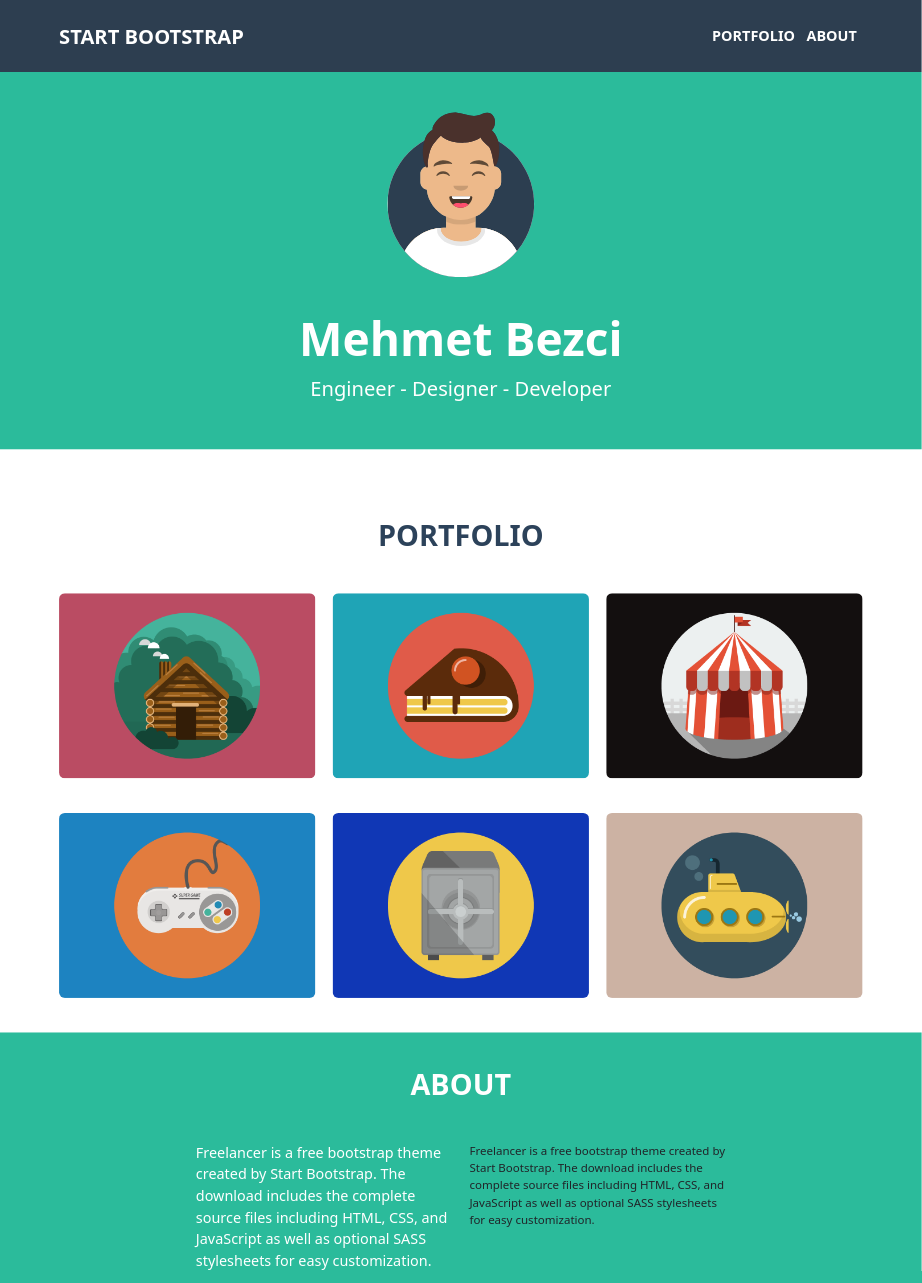
Repository: 7JaxeN7/WT-1255P-Mehmet_BEZC-
Page: index.html
An editor plug-in stored every save of this project. The page is shown before and after the next save, followed by the edit.
The browser window is 1280 px wide. The pictures show the whole page, at 72% of full size.

Above is the page before, as saved 2025-01-06 22:00:57.

### index.html
<!DOCTYPE html>
<html lang="tr">

<head>
  <meta charset="UTF-8">
  <meta name="viewport" content="width=device-width, initial-scale=1.0">
  <link rel="stylesheet" href="style.css">
  <link href="https://cdn.jsdelivr.net/npm/bootstrap@5.3.3/dist/css/bootstrap.min.css" rel="stylesheet"
    integrity="sha384-QWTKZyjpPEjISv5WaRU9OFeRpok6YctnYmDr5pNlyT2bRjXh0JMhjY6hW+ALEwIH" crossorigin="anonymous">
  <title>Start Bootstrap</title>
</head>

<body>
  <!-- Navbar -->
  <header>
    <nav class="navbar navbar-expand-lg navbar-bg">
      <div class="container pt-3 pb-3">
        <a class="navbar-brand text-white fw-bolder fs-3" href="#">START BOOTSTRAP</a>
        <button class="navbar-toggler" type="button" data-bs-toggle="collapse" data-bs-target="#navbarNav"
          aria-controls="navbarNav" aria-expanded="false" aria-label="Toggle navigation">
          <span class="navbar-toggler-icon"></span>
        </button>
        <div class="collapse navbar-collapse" id="navbarNav">
          <ul class="navbar-nav ms-auto">
            <li class="nav-item">
              <a class="nav-link text-white fw-bolder fs-5" href="#">PORTFOLIO</a>
            </li>
            <li class="nav-item">
              <a class="nav-link text-white fw-bolder fs-5" href="#">ABOUT</a>
            </li>
          </ul>
        </div>
      </div>
    </nav>
  </header>
  <!-- Herosection -->
  <div class="herosection-bg pt-5 pb-5">
    <div class="container text-center">
      <img src="/assets/img/avataaars.svg" width="20%" />
      <h1 class="mt-5 text-white fw-bolder display-3">Mehmet Bezci</h1>
      <p class="text-white fs-3">Engineer - Designer - Developer</p>
    </div>
  </div>
  <!-- Portfolio -->
  <div class="portfolio-section">
    <h2 class="text-center mt-5 pt-5 pb-5 fs-1 fw-semibold portfolio-tittle">PORTFOLIO</h2>
    <div class="container">
      <div class="row">
        <div class="col-12 col-md-6 col-lg-4 mb-5">
          <img src="/assets/img/cabin.png" class="img-fluid rounded-3">
        </div>
        <div class="col-12 col-md-6 col-lg-4 mb-5">
          <img src="/assets/img/cake.png" class="img-fluid rounded-3">
        </div>
        <div class="col-12 col-md-6 col-lg-4 mb-5">
          <img src="/assets/img/circus.png" class="img-fluid rounded-3">
        </div>
        <div class="col-12 col-md-6 col-lg-4 mb-5">
          <img src="/assets/img/game.png" class="img-fluid rounded-3">
        </div>
        <div class="col-12 col-md-6 col-lg-4 mb-5">
          <img src="/assets/img/safe.png" class="img-fluid rounded-3">
        </div>
        <div class="col-12 col-md-6 col-lg-4 mb-5">
          <img src="/assets/img/submarine.png" class="img-fluid rounded-3">
        </div>
      </div>
    </div>
  </div>
  <!-- About -->
  <div class="about-section">
    <div class="container">
      <h2 class="about-tittle fs-1 fw-semibold text-center pt-5 pb-5"> ABOUT</h2>
      <div class="row justify-content-center">
        <div class="col-lg-4 fs-5 text-white">
          <p>
            Freelancer is a free bootstrap theme created by Start Bootstrap. The download includes the complete source
            files including HTML, CSS, and JavaScript as well as optional SASS stylesheets for easy customization.
          </p>
        </div>
        <div class="col-lg-4">
          <p>
            Freelancer is a free bootstrap theme created by Start Bootstrap. The download includes the complete source
            files including HTML, CSS, and JavaScript as well as optional SASS stylesheets for easy customization.
          </p>
        </div>
      </div>
    </div>
  </div>
  <!-- Burası bootstrap script kısmı -->
  <script src="https://cdn.jsdelivr.net/npm/bootstrap@5.3.3/dist/js/bootstrap.bundle.min.js"
    integrity="sha384-YvpcrYf0tY3lHB60NNkmXc5s9fDVZLESaAA55NDzOxhy9GkcIdslK1eN7N6jIeHz"
    crossorigin="anonymous"></script>
</body>

</html>

### style.css
.navbar-bg {
  background-color: #2d3e50 !important;
}
.herosection-bg{
    background-color: #2bbb9b ;
}
.portfolio-tittle{
    color: #2c425a;
}
.about-section{
    background-color: #2bbb9b ;
}
.about-tittle{
    color: #ffffff;
}

After the next save:
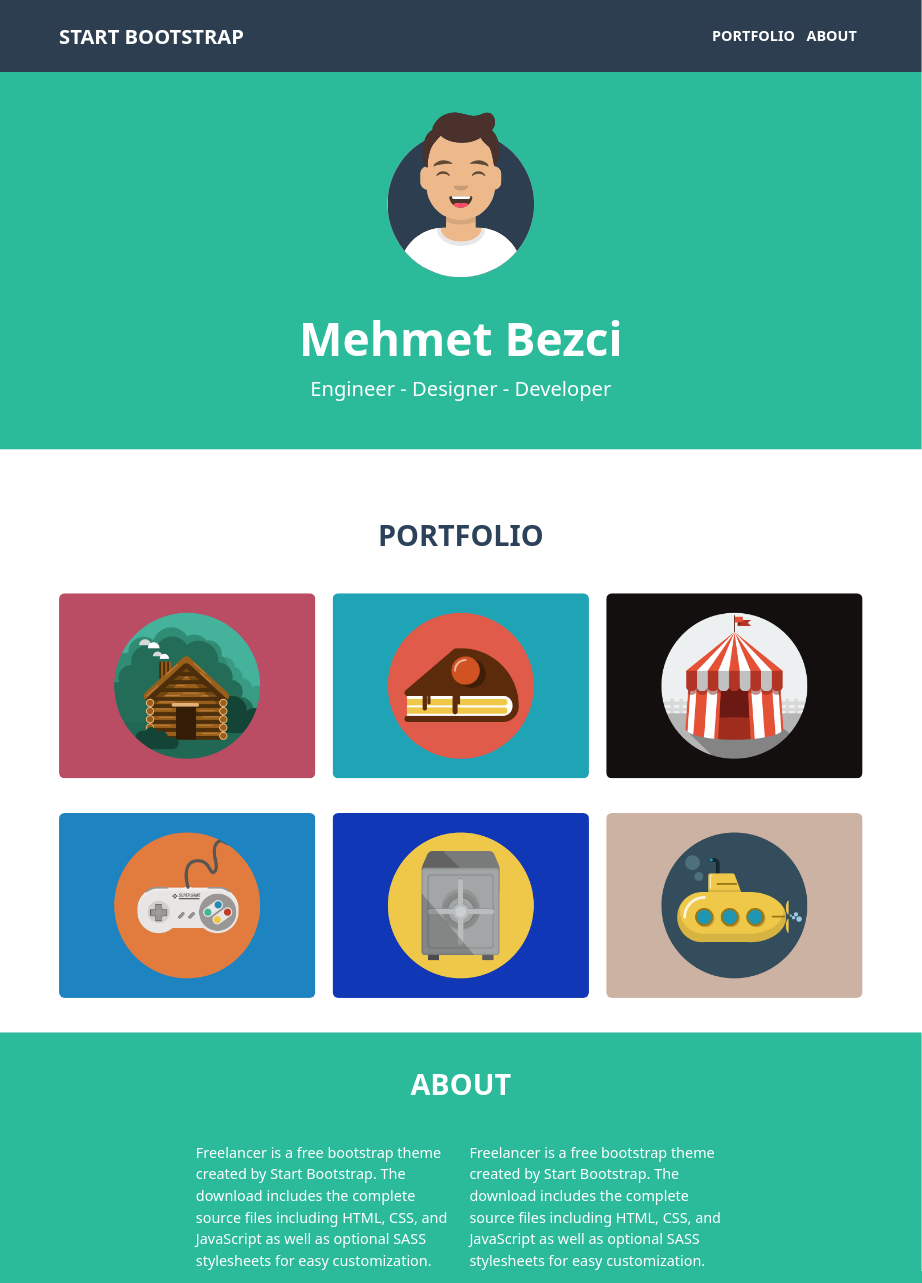
Saved 21 s later.
--- a/index.html
+++ b/index.html
@@ -78,7 +78,7 @@
             files including HTML, CSS, and JavaScript as well as optional SASS stylesheets for easy customization.
           </p>
         </div>
-        <div class="col-lg-4">
+        <div class="col-lg-4 fs-5 text-white">
           <p>
             Freelancer is a free bootstrap theme created by Start Bootstrap. The download includes the complete source
             files including HTML, CSS, and JavaScript as well as optional SASS stylesheets for easy customization.
